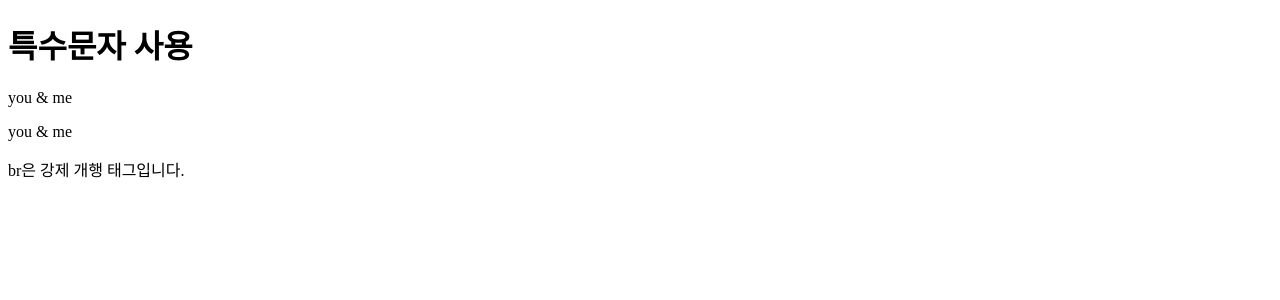
Repository: masima305/html_study
Page: Ex_1220/WebContent/day1/entity_tag.html
An editor plug-in stored every save of this project. The page is shown before and after the next save, followed by the edit.
The browser window is 1280 px wide. The pictures show the whole page.

Above is the page before, as saved 2017-12-20 05:44:44.

After the next save:
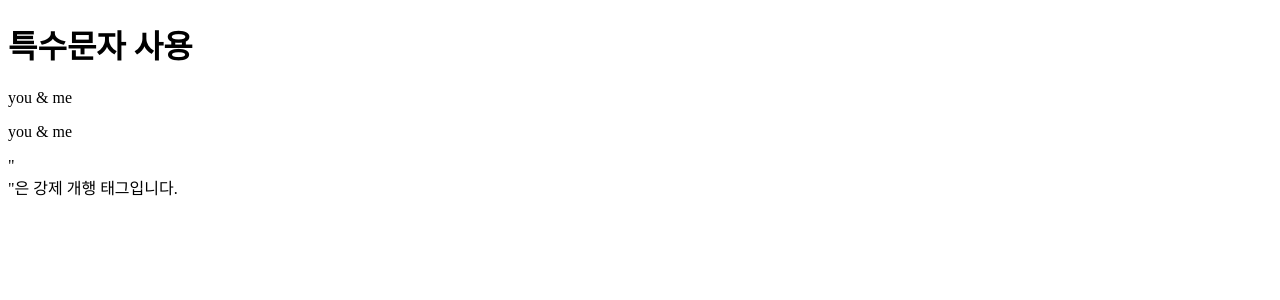
Saved 47 s later.
--- a/Ex_1220/WebContent/day1/entity_tag.html
+++ b/Ex_1220/WebContent/day1/entity_tag.html
@@ -14,7 +14,7 @@
 
 
 		<p>
-			br은 강제 개행 태그입니다.
+			"<br>"은 강제 개행 태그입니다.
 		</p>
 
 	</body>
